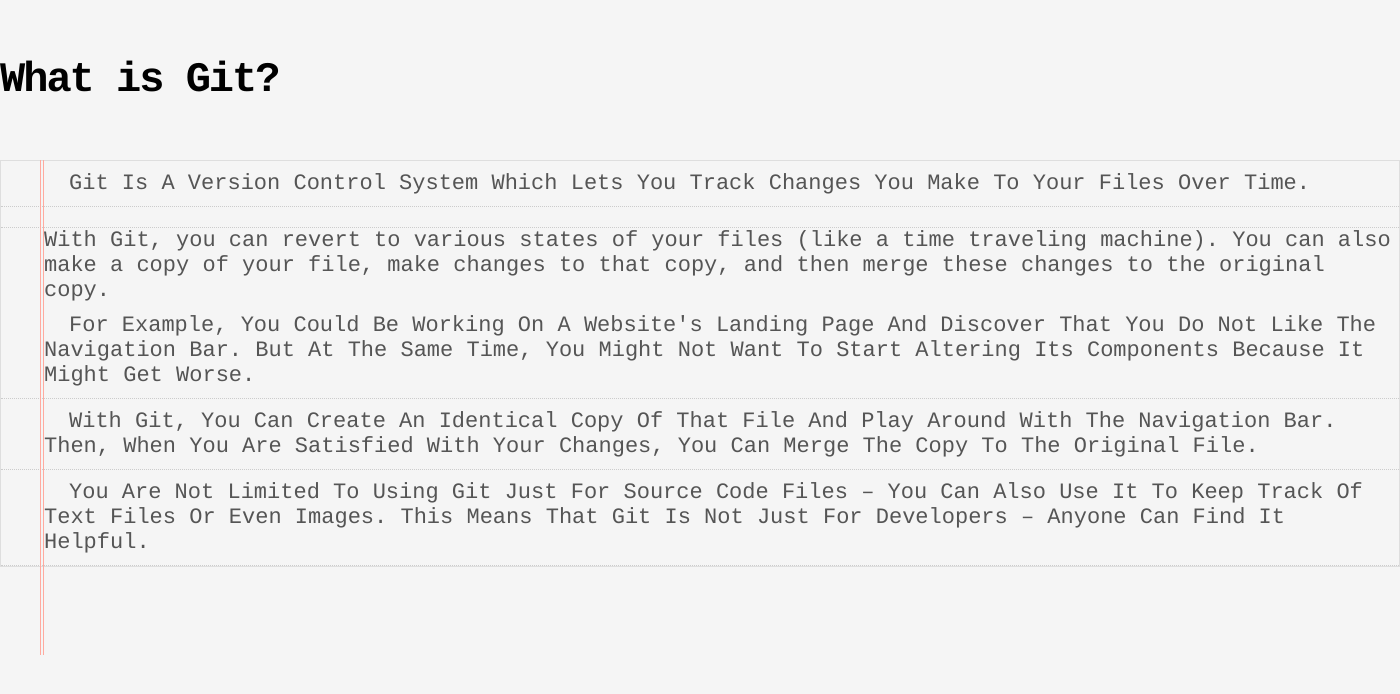
Repository: dev-singh-kanyal/Archive-git_github
Page: src/what is git.html
The author's editor kept a copy of each file at every save. The page is drawn from the files as they stood at one save, then again after the next save.
The browser window is 1280 px wide. The page is 1400 px wide, so the pictures cover 1400 px, including what lies to the right of the window. The pictures show the whole page.
Some web fonts or font styles are not loaded; a fallback is used.

Above is the page before, as saved 2022-06-24 16:29:48.

### src/what is git.html
<!DOCTYPE HTML>
<html>

<head>
   <meta charset="UTF-8">
   <title>Git</title>
   <link rel="stylesheet" href="/src/style.css">
   <link href="https://fonts.googleapis.com/css2?family=Reenie+Beanie&display=swap" rel="stylesheet">
</head>

<body>

    <h4>What is Git?</h4>

    <div class="lines"></div>

    <ul class="list">
      <li>Git is a version control system which lets you track changes you make to your files over time.</li>
      <li></li>With Git, you can revert to various states of your files (like a time traveling machine). You can also make a copy of your file, make changes to that copy, and then merge these changes to the original copy.</li>
      <li>For example, you could be working on a website's landing page and discover that you do not like the navigation bar. But at the same time, you might not want to start altering its components because it might get worse.</li>
      <li>With Git, you can create an identical copy of that file and play around with the navigation bar. Then, when you are satisfied with your changes, you can merge the copy to the original file.</li>
      <li>You are not limited to using Git just for source code files – you can also use it to keep track of text files or even images. This means that Git is not just for developers – anyone can find it helpful.</li>
    </ul>

</body>
</html>

### src/style.css
body {
    background-color: #f5f5f5;
    width: 1400px;
    margin: 0 auto;
    padding: 0;
  }
  h4 {
    color: #000000;
    font-size: 42px;
    letter-spacing: -2px;
    font-family: courier, monospace;
    text-align: left;
  }
  a {
    text-decoration: none;
    color: inherit;
  }
  .list {
    color: #555;
    font-size: 22px;
    /* font-size: 2rem; */
    padding: 0 !important;
    width: auto;
    /* font-family: 'Reenie Beanie'; */
    font-family: courier, monospace;
    border: 1px solid #dedede;
  }
  .list li {
    list-style: none;
    border-bottom: 1px dotted #ccc;
    text-indent: 25px;
    height: auto;
    padding: 10px;
    text-transform: capitalize;
  }
  .list li:hover {
    background-color: #f0f0f0;
    -webkit-transition: all 0.2s;
    -moz-transition:    all 0.2s;
    -ms-transition:     all 0.2s;
    -o-transition:      all 0.2s;
  }
  .lines {
    border-left: 1px solid #ffaa9f;
    border-right: 1px solid #ffaa9f;
    width: 2px;
    float: left;
    height: 495px;
    margin-left: 40px;
  }

After the next save:
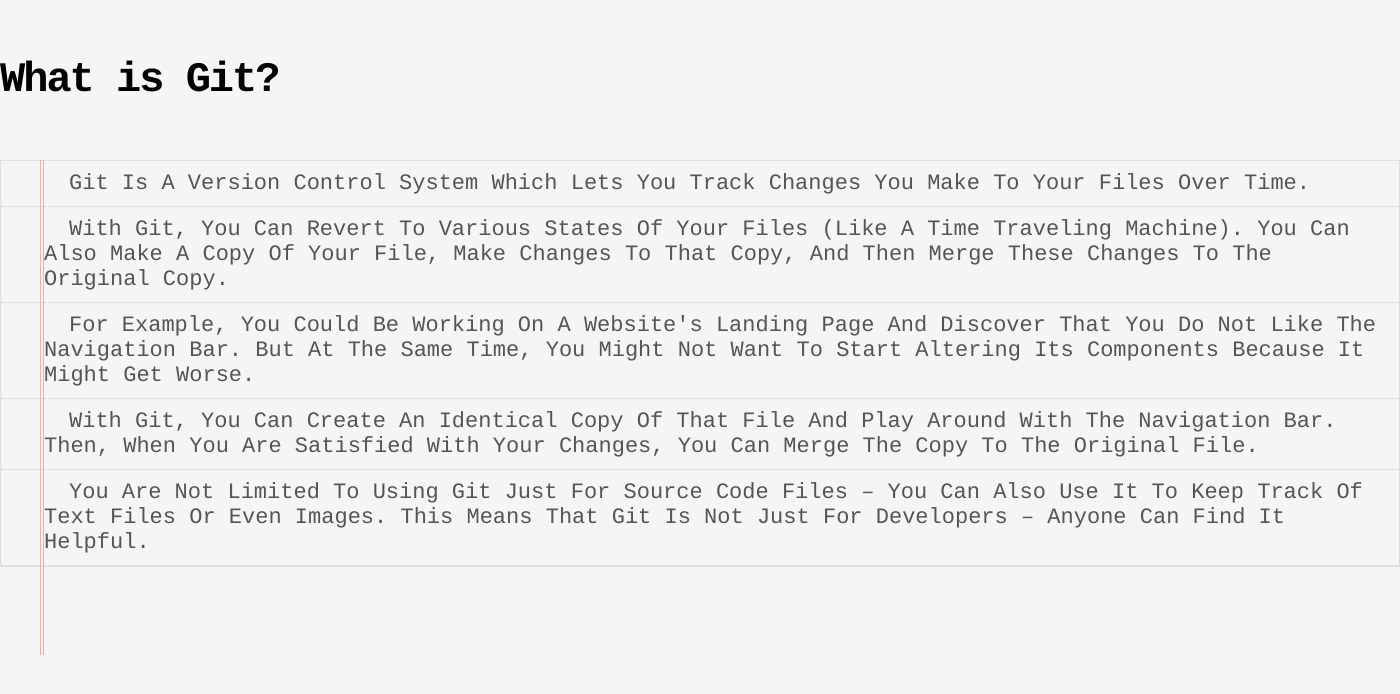
Saved 4 s later.
--- a/src/what is git.html
+++ b/src/what is git.html
@@ -16,7 +16,7 @@
 
     <ul class="list">
       <li>Git is a version control system which lets you track changes you make to your files over time.</li>
-      <li></li>With Git, you can revert to various states of your files (like a time traveling machine). You can also make a copy of your file, make changes to that copy, and then merge these changes to the original copy.</li>
+      <li>With Git, you can revert to various states of your files (like a time traveling machine). You can also make a copy of your file, make changes to that copy, and then merge these changes to the original copy.</li>
       <li>For example, you could be working on a website's landing page and discover that you do not like the navigation bar. But at the same time, you might not want to start altering its components because it might get worse.</li>
       <li>With Git, you can create an identical copy of that file and play around with the navigation bar. Then, when you are satisfied with your changes, you can merge the copy to the original file.</li>
       <li>You are not limited to using Git just for source code files – you can also use it to keep track of text files or even images. This means that Git is not just for developers – anyone can find it helpful.</li>
